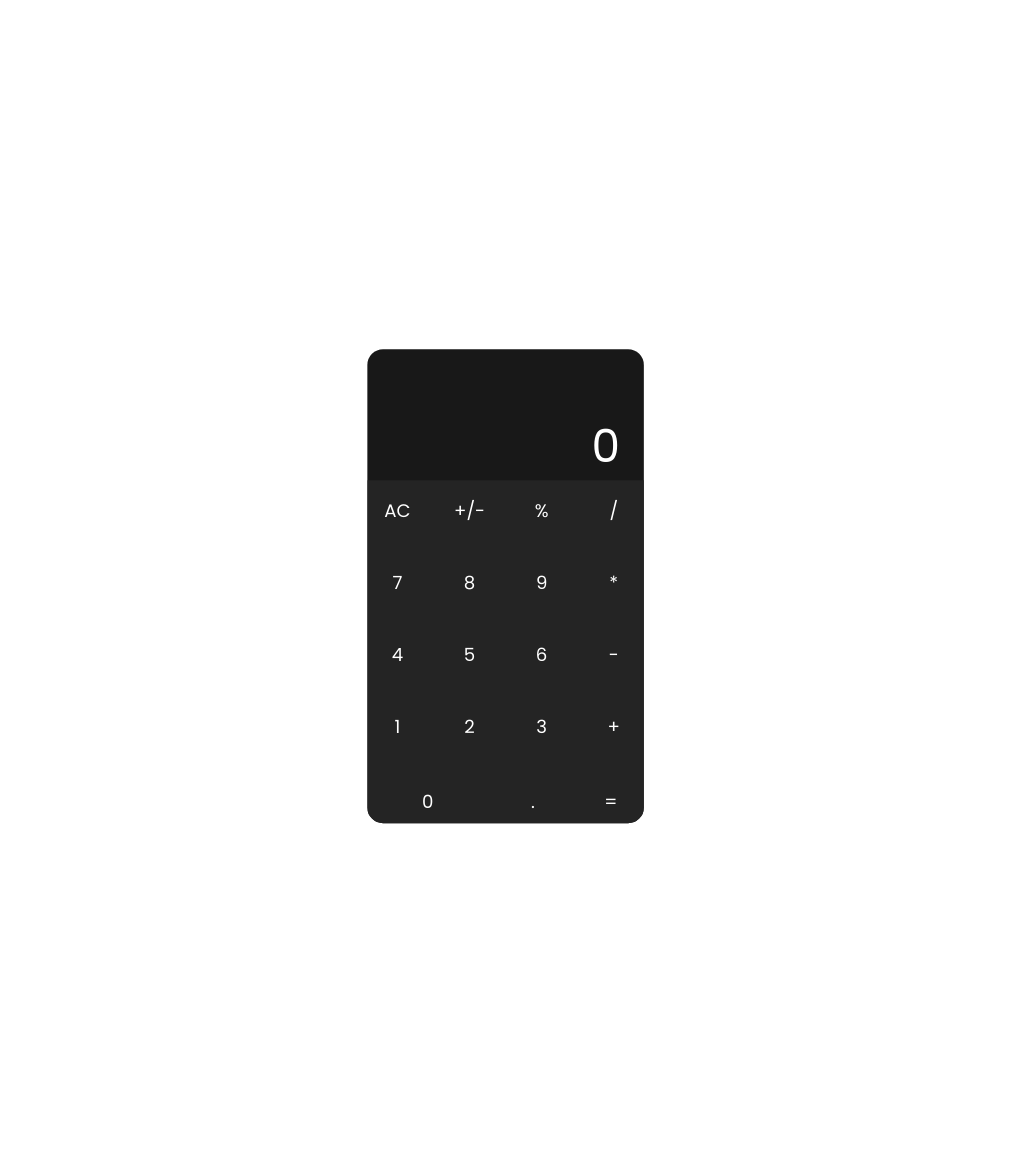
Repository: minhtien9/Calculator
Page: /
These files come from the project's save history. The page is drawn as it stood at one moment and after the next save; the edit follows.
The browser window is 1280 px wide. The pictures show the whole page, at 79% of full size.
The project was rebuilt for these pictures with package versions that can differ from the ones it lists, and the page was loaded fresh each time. Also part of the build but not shown: src/App.css.

Above is the page before, as saved 2022-07-21 18:46:09.

### src/index.js
import React from "react";
import ReactDOM from "react-dom/client";
import App from "./App";

const root = ReactDOM.createRoot(document.getElementById("root"));
root.render(
    <React.StrictMode>
        <App />
    </React.StrictMode>
);

// If you want to start measuring performance in your app, pass a function
// to log results (for example: reportWebVitals(console.log))
// or send to an analytics endpoint. Learn more: https://bit.ly/CRA-vitals

### src/App.js
import "./App.css";
import Caculator from "./Components/Caculator";

function App() {
    return (
        <div className='App'>
            <Caculator />
        </div>
    );
}

export default App;

### src/Components/Caculator.jsx
import React from "react";
import "./Caculator.scss";

const Caculator = () => {
    return (
        <div className='caculator'>
            <section className='monitor'>
                <p className='out-put'>0</p>
            </section>

            <section className='keyboard'>
                <div className='keyboard-row'>
                    <button className='one-block'>AC</button>
                    <button className='one-block'> +/- </button>
                    <button className='one-block'> % </button>
                    <button className='one-block'>/</button>
                </div>

                <div className='keyboard-row'>
                    <button className='one-block'>7</button>
                    <button className='one-block'>8</button>
                    <button className='one-block'>9</button>
                    <button className='one-block'>*</button>
                </div>

                <div className='keyboard-row'>
                    <button className='one-block'>4</button>
                    <button className='one-block'>5</button>
                    <button className='one-block'>6</button>
                    <button className='one-block'>-</button>
                </div>

                <div className='keyboard-row'>
                    <button className='one-block'>1</button>
                    <button className='one-block'>2</button>
                    <button className='one-block'>3</button>
                    <button className='one-block'>+</button>
                </div>

                <div className='keyboard-row'>
                    <button className='two-block'>0</button>
                    <button className='one-block'> .</button>
                    <button className='one-block'> =</button>
                </div>
            </section>
        </div>
    );
};

export default Caculator;

### src/Components/Caculator.scss
@import url("https://fonts.googleapis.com/css2?family=Poppins:ital,wght@0,100;0,200;0,300;0,400;0,500;0,600;0,700;0,800;0,900;1,100;1,200;1,300;1,400;1,500;1,600;1,700;1,800;1,900&display=swap");

* {
    font-family: "Poppins";
    font-size: 23px;
    color: white;
}

button {
    border: none;
    background: none;
    cursor: pointer;
}

.caculator {
    width: 350px;
    height: 600px;
    margin: 35% auto;
    background-color: rgb(24, 24, 24);
    display: flex;
    flex-direction: column;
    border-radius: 20px;
    overflow: hidden;
}

.monitor {
    .out-put {
        margin: 80px 30px 0px;
        font-size: 2.5rem;
        text-align: right;
    }
}

.keyboard {
    display: flex;
    flex-direction: column;
    background: rgb(36, 36, 36);
    gap: 15px;
}

.keyboard-row {
    display: flex;
    gap: 15px;
    .one-block {
        width: 25%;
        aspect-ratio: 1/1;
    }

    .two-block {
        width: calc(50% - 15px);
        aspect-ratio: 2/1;
    }
}

Loaded but not shown: public/index.html (common file)

After the next save:
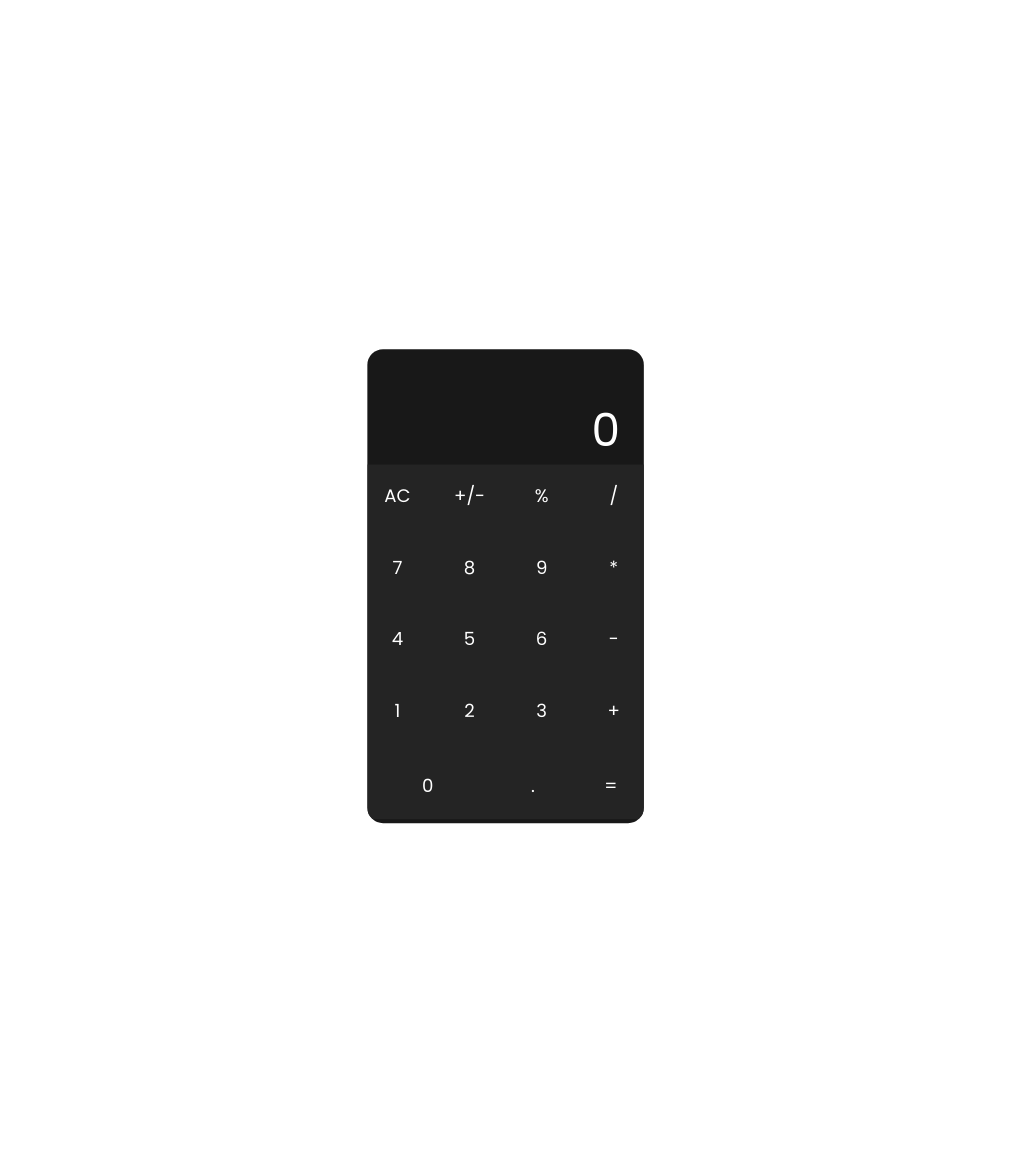
Saved 20 s later.
--- a/src/Components/Caculator.scss
+++ b/src/Components/Caculator.scss
@@ -25,7 +25,7 @@ button {
 
 .monitor {
     .out-put {
-        margin: 80px 30px 0px;
+        margin: 60px 30px 0px;
         font-size: 2.5rem;
         text-align: right;
     }
